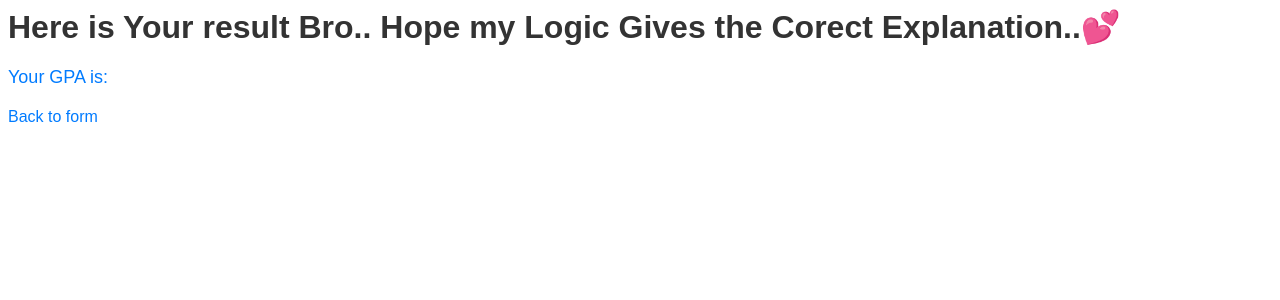
Repository: meghanathG/cgpa-calculator
Page: http://localhost/CGPACalculator/result.jsp
These files come from the project's save history. The page is drawn as it stood at one moment and after the next save; the edit follows.
The browser window is 1280 px wide. The pictures show the whole page.
The page is served by Tomcat 9. The template is opened directly, without the code that normally fills it, so the values that code supplies are empty.

Above is the page before, as saved 2024-06-09 05:29:12.

After the next save:
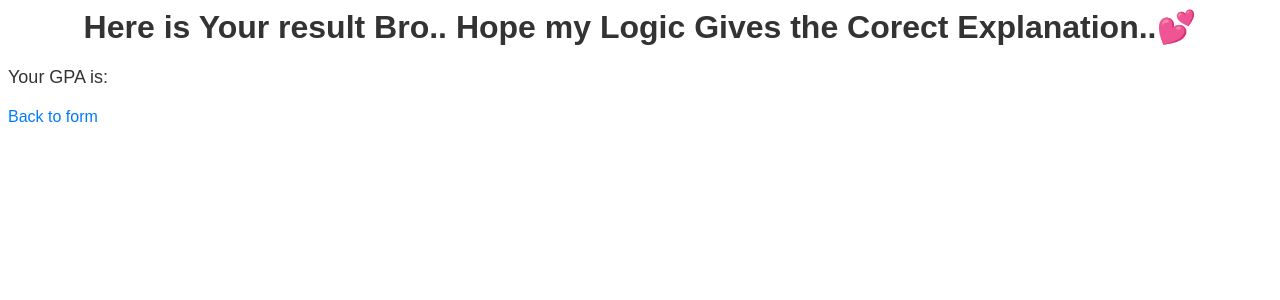
Not found: CGPACalculator/images/result-background.jpg
Saved 63 s later.
--- a/CGPACalculator/src/main/webapp/result.jsp
+++ b/CGPACalculator/src/main/webapp/result.jsp
@@ -3,14 +3,26 @@
 <head>
     <title>Result</title>
     <style>
+        /* CSS styles */
         body {
+            background-image: url('/images/result-background.jpg');
+            background-size: cover;
+            background-repeat: no-repeat;
             font-family: Arial, sans-serif;
+            color: #333;
+        }
+        .container {
+            background-color: rgba(255, 255, 255, 0.8); /* semi-transparent white background */
+            padding: 20px;
+            border-radius: 10px;
+            max-width: 500px;
+            margin: 0 auto;
+            margin-top: 50px; /* Adjust margin-top as needed */
         }
         h1 {
-            color: #333;
+            text-align: center;
         }
         p {
-            color: #007bff;
             font-size: 18px;
             margin-bottom: 20px;
         }
